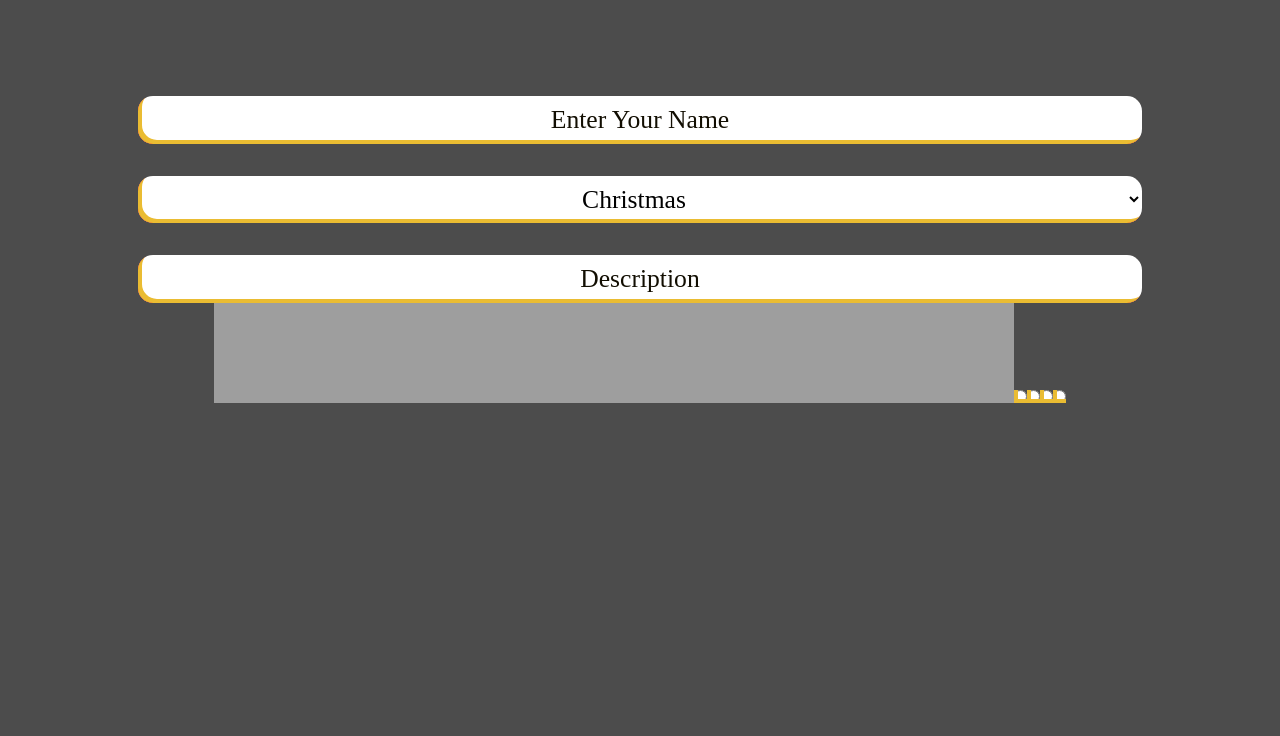
Repository: Haneef-Shaik/Greetings
Page: /
These files come from the project's save history. The page is drawn as it stood at one moment and after the next save; the edit follows.
The browser window is 1280 px wide. The pictures show the whole page.
Pictures or frames that could not be fetched are drawn as grey boxes. The project was rebuilt for these pictures with package versions that can differ from the ones it lists, and the page was loaded fresh each time. The framework's server and built-in components were replaced by stand-ins that run in the browser. Also part of the build but not shown: next.config.js, styles/card.module.scss, components/card.js, styles/socialShare.module.scss, components/socialShare.js.

Above is the page before, as saved 2021-12-01 20:45:11.

After the next save:
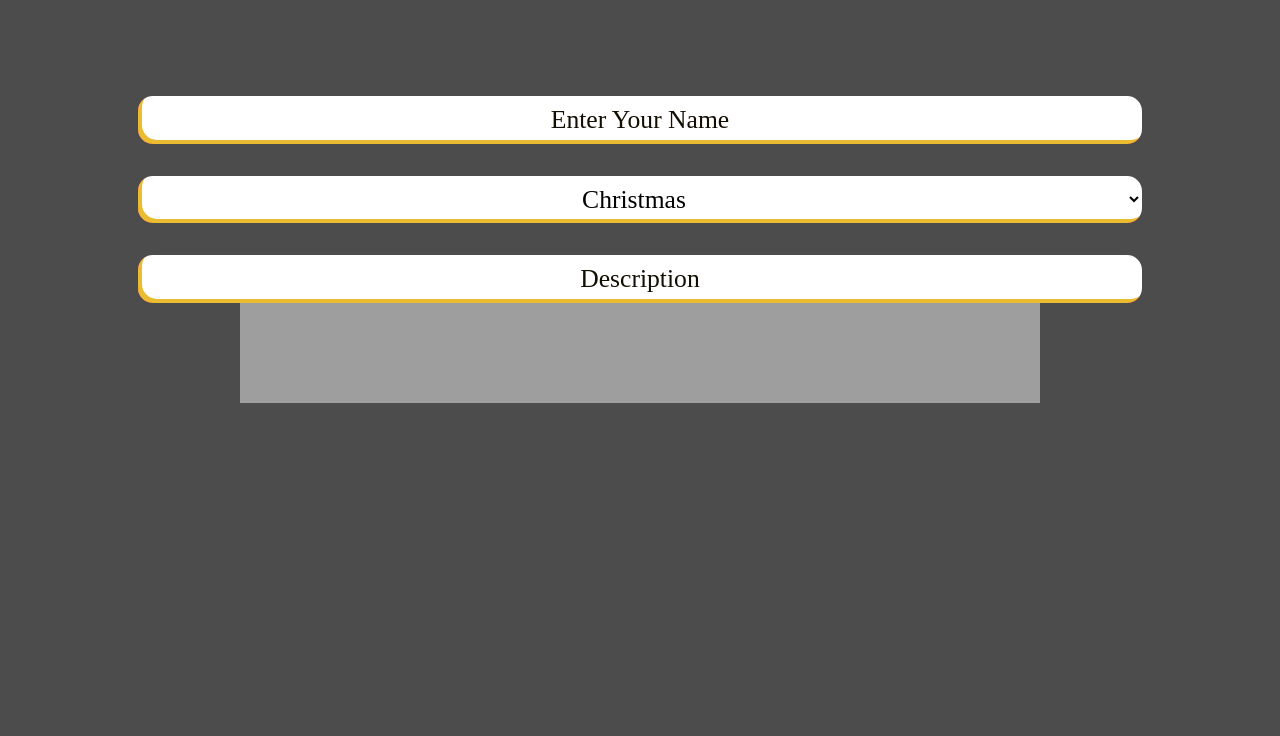
Saved 14 s later.
--- a/components/form.js
+++ b/components/form.js
@@ -35,10 +35,10 @@ function Edit() {
                                     <label htmlFor="img4">
                                         <IMAGE src='/images/christmas/christmas.png' width={200} height={100} />
                                     </label>
-                                    <input type="radio" name="BgImage" id="img1" />
-                                    <input type="radio" name="BgImage" id="img2" />
-                                    <input type="radio" name="BgImage" id="img3" />
-                                    <input type="radio" name="BgImage" id="img4" />
+                                    <input type="radio" name="BgImage" id="img1" hidden="true" />
+                                    <input type="radio" name="BgImage" id="img2" hidden="true" />
+                                    <input type="radio" name="BgImage" id="img3" hidden="true" />
+                                    <input type="radio" name="BgImage" id="img4" hidden="true" />
                                 </div>
                             </form>
                         </div>
